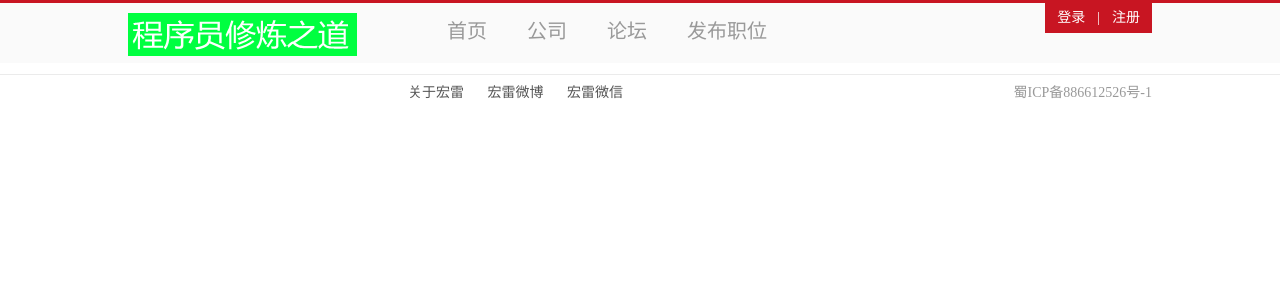
Repository: honglei92/javaweb_EE
Page: apple/WebContent/index.html
These files come from the project's save history. The page is drawn as it stood at one moment and after the next save; the edit follows.
The browser window is 1280 px wide. The pictures show the whole page.

Above is the page before, as saved 2013-09-02 07:52:21.

After the next save:
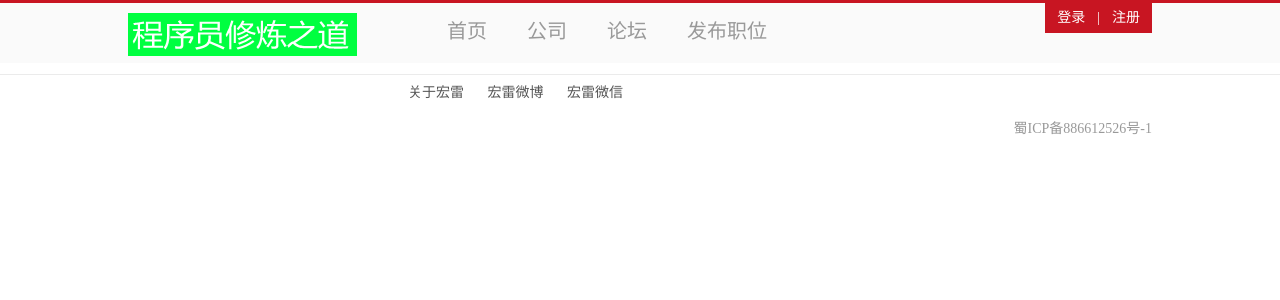
Saved 5 min 36 s later.
--- a/apple/WebContent/index.html
+++ b/apple/WebContent/index.html
@@ -42,7 +42,9 @@
 			<div class="wrapper">
 				<a href="/about.html" target="_blank" rel="nofollow">关于宏雷</a>
 				<a href="http://weibo.com/youchuxi" target="_blank" rel="nofollow">宏雷微博</a>
-				<a class="footer_qr" href="javascript:void(0)" rel="nofollow">宏雷微信<i></i></a>
+				<a class="footer_qr" href="javascript:void(0)" rel="nofollow">宏雷微信
+				<div></div>
+				</a>
 				<div class="copyright">蜀ICP备886612526号-1</div>
 			</div>
 		</div>
